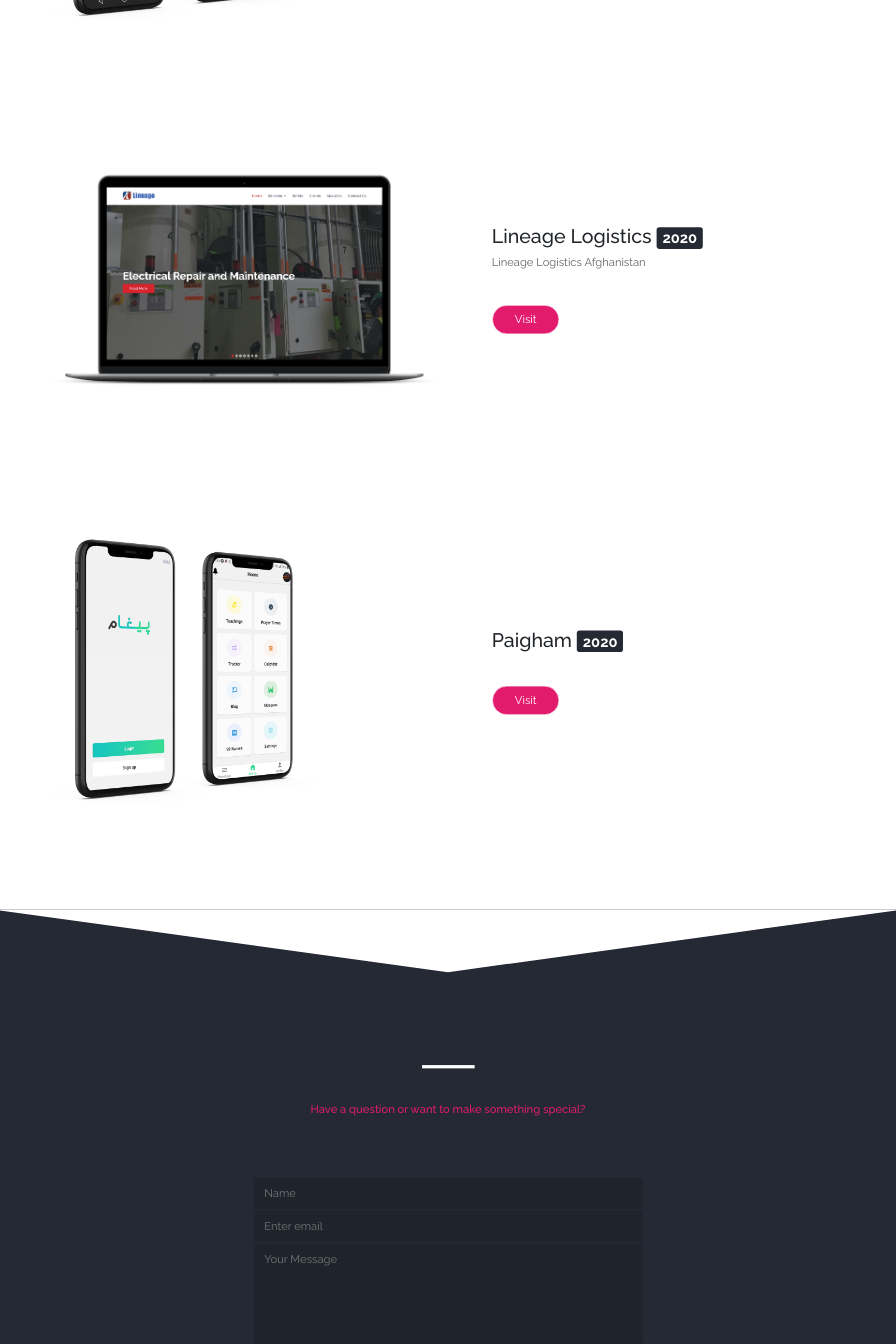
Repository: wasiqkhan/wasiqkhan.github.io
Page: index.html
An editor plug-in stored every save of this project. The page is shown before and after the next save, followed by the edit.
The browser window is 1280 px wide. The pictures show the part of the page from y = 2662 to 4582 px (the page is 5082 px tall), at 70% of full size.
Some web fonts or font styles are not loaded; a fallback is used.

Above is the page before, as saved 2020-12-03 01:47:32.
Not found: js/all.js
Not found: js/app.js
Not found: js/particles.js

### index.html
<!DOCTYPE html>
<html lang="en">
  <!-- Start of Async Drift Code -->
<script>
  "use strict";!function(){var r=window.driftt=window.drift=window.driftt||[];if(!r.init){if(r.invoked)return window.console&&console.error&&console.error("Drift snippet included twice.");r.invoked=!0,r.methods=["identify","config","track","reset","debug","show","ping","page","hide","off","on"],r.factory=function(e){return function(){var t=Array.prototype.slice.call(arguments);return t.unshift(e),r.push(t),r}},r.methods.forEach(function(t){r[t]=r.factory(t)}),r.load=function(t){var e=3e5*Math.ceil(new Date/3e5),r=document.createElement("script");r.type="text/javascript",r.async=!0,r.crossorigin="anonymous",r.src="https://js.driftt.com/include/"+e+"/"+t+".js";var n=document.getElementsByTagName("script")[0];n.parentNode.insertBefore(r,n)}}}(),drift.SNIPPET_VERSION="0.3.1",drift.load("8faar6gaz2cs");
  </script>
  <!-- End of Async Drift Code -->
  <head>
    <meta charset="UTF-8" />
    <meta name="viewport" content="width=device-width, initial-scale=1.0" />
    <meta http-equiv="X-UA-Compatible" content="ie=edge" />
    <meta content="Wasiq Ahmadzai Web and Mobile App Developer" name="descriptison" />
    <meta content="MERN Reactjs ReactNative Nodejs JavaScript" name="keywords" />
    <meta property="og:title" content="Mohammad Wasiq | Portfolio" />
    <meta
      property="og:description"
      content="Web and Mobile App Developer"
    />
    <meta
      property="og:image"
      content="./img/link.PNG"
    />
    <meta property="og:url" content="https://wasiqkhan.github.io/" />
    <meta name="twitter:card" content="summary_large_image">
    <meta name="twitter:site" content="https://wasiqkhan.github.io/">
    <meta name="twitter:title" content="Mohammad Wasiq | Web & Mobile App Developer" />
    <meta name="twitter:description" content="Mohammad Wasiq is a Web and Mobile App Developer with experience in MERN Stack React Native"/>
    <meta name="twitter:creator" content="Mohammad Wasiq">

    <meta
      name="twitter:image"
      content="https://github.com/wasiqkhan/wasiqkhan.github.io/blob/master/img/link.PNG"
    />

    <link href="https://fonts.googleapis.com/css?family=Raleway:400,500,600,700,800&display=swap" rel="stylesheet">
    <link href="https://fonts.googleapis.com/icon?family=Material+Icons" rel="stylesheet">
    <link
    href="./css/materialdesignicons.min.css"
    media="all"
    rel="stylesheet"
  />
    <link type="text/css" rel="stylesheet" href="./css/style.css" />
    <link type="text/css" rel="stylesheet" href="./css/bootstrap.min.css" />

    <link type="text/css" rel="stylesheet" href="./css/lightbox.css" />
    <link rel="stylesheet" href="./css/line-awesome.css">


    <link rel="shortcut icon" href="./icon.png">

    <link
      type="text/css"
      rel="stylesheet"
      media="screen and (max-width:768px)"
      href="./css/mobile.css"
    />
    <link
      type="text/css"
      rel="stylesheet"
      media="screen and (min-width:769px) and (max-width:992px)"
      href="./css/widescreen.css"
    />
    <link
      type="text/css"
      rel="stylesheet"
      media="screen and (min-width:993px) and (max-width:1199px)"
      href="./css/ipadpro.css"
    />

    <title>Mohammad Wasiq | Web & Mobile Developler</title>
  </head>

  <body id="home" >
      <!-- <div id="particles-js">

      </div> -->
    <!-- Navbar -->
    <nav class="navigation">
      <button
        type="button"
        data-toggle="collapse"
        data-target="#myNav"
        class="navbar-toggler hamburger-menu"
      >
        <div class="line1"></div>
        <div class="line2"></div>
        <div class="line3"></div>
      </button>
      <div class="bg-cover"></div>
      <div class="collapse nav-content" id="myNav">
        <div class="container-fluid">
          <div class="row">
            <div class="col-10 max-auto">
              <ul class="navbar-nav flex-lg-row flex-column nav-justified">
                <li class="nav-item">
                  <a class="nav-link m-3 link-item" href="#home">Home</a>
                </li>
                <li class="nav-item">
                  <a class="nav-link m-3 link-item" href="#about">About</a>
                </li>
                <li class="nav-item">
                  <a class="nav-link m-3 link-item" href="#service">Services</a>

                </li>
                <li class="nav-item">
                    <a class="nav-link m-3 link-item" href="#portfolio">Portfolio</a>
                  </li>

                <li class="nav-item">
                  <a class="nav-link m-3 link-item" href="#contact">Contact</a>
                </li>
              </ul>
            </div>
          </div>
        </div>
      </div>
    </nav>

    <header id="showcase">



      <div class="showcase-content">
          <h1 class="heading"><span style="color: #E31B6D">Wasiq Ahmadzai</span>.<br>Web & Mobile App Developer.</h1>

          <a href="#about" class="btnn">Read more</a>
        </div>
    </header>

    <section id="about" class="primary about">
        <h2 class="text-center m-heading">About Me</h2>
        <div class="line"></div>
      <div class="container new">
        <div class="card cardnew">

          <img src="./img/dev.PNG" class="card-img-top cut" style="margin: auto">
          <div class="card-body">
              <img src="./img/5a159554b6a61a2ba5ccdb57.PNG" class="my-img" />
              <div class="card-title">
                <h3 class="text-center">Wasiq Ahmadzai</h3>
              </div>
              <div class="card-subtitle text-center">
                <p style="color:#E31B6D"></span> Freelance <span style="color: #616161">|</span> Kabul, AFG</p>
              </div>
              <div class="links">
                  <a href="http://www.facebook.com/ahmadzai.khan.54" target="_blank"><i class="fab fa-facebook fa-2x"></i></a>
                  <a href="https://github.com/wasiqkhan" target="_blank"><i class="fab fa-github fa-2x"></i></a>

                  <a href="https://www.linkedin.com/in/mohammad-wasiq-ahmadzai-5439371b0/" target="_blank"><i class="fab fa-linkedin fa-2x"></i></a>
                </div>
          </div>
        </div>
        <div class="items">



          <div>

          <p class="info-p lead">Hi, I am a Web and Mobile App Developer with experience in MERN Stack (MongoDB, Expressjs, Reactjs, Nodejs), React Native, Firebase, MySQL. I have serious passion for amazing & responsive mobile and web apps.</p>

        </div>
        <h4 style="text-align:left">Fun Facts</h4>


         <div class="service-items flex-wrap" style="padding: 0 0">
            <div class="item fun-facts" style="margin-right: 10px ;background: #252934">
              <div>
                <i class="fas fa-coffee fa-2x mb-3" style="color:#E31B6D"></i>
                <h6 class="text-center" style="color: white">100+ Cups of Coffee</h6>

              </div>
            </div>

            <div class="item fun-facts" style="margin-right: 10px ;background: #252934">
              <div>
                  <i class="fas fa-book fa-2x mb-3" style="color:#E31B6D"></i>
                <h6 class="text-center" style="color: white">10+ Books</h6>

              </div>

            </div>

            <div class="item fun-facts" style="margin-right: 10px ;background: #252934">
              <div>
                  <i class="fas fa-bicycle fa-2x mb-3" style="color:#E31B6D"></i>
                <h6 class="text-center" style="color: white">1200km Cycled</h6>

              </div>

            </div>
            <div class="item fun-facts" style="margin-right: 10px;background: #252934">
                <div>
                    <i class="fas fa-award fa-2x mb-3" style="color:#E31B6D"></i>
                  <h6 class="text-center" style="color: white">10 Awards Won</h6>

                </div>

              </div>

          </div>



<div>
          <a href="#contact" class="hire-me">Hire Me</a>
        </div>

      </div>


          </div>

    </section>
    <section id="service" class="primary service">
      <div class="container">
        <h2 class="text-center m-heading">Services</h2>
        <div class="line"></div>

        <div class="service-items rotate fun-facts">
          <div class="item">
            <div>
              <i class="fas fa-desktop fa-6x textt mb-3"></i>
              <h3 class="text-center">Web Development</h3>
              <p class="text-center">
                Fully responsive full stack website development
              </p>
            </div>
          </div>

          <div class="item">
            <div>
                <i class="fas fa-mobile-alt fa-6x textt textt2 mb-3"></i>
              <h3 class="text-center">Mobile Apps</h3>
              <p class="text-center">
                Fast and Professional app development using latest technologies
              </p>
            </div>

          </div>

          <div class="item">
            <div>
                <i class="fas fa-rocket fa-6x  textt mb-3"></i>
              <h3 class="text-center">Launch</h3>
              <p class="text-center">
                Deployment and Maintainance

              </p>
            </div>

          </div>
        </div>
      </div>
    </section>
    <section id="portfolio" class="portfolio">
      <div class="container">
        <h2 class="text-center m-heading">Portfolio</h2>
        <div class="line"></div>

        <div class="portfolio-items row align-items-center h-100 text-center text-lg-left" style="margin-top: 120px;">
          <div class="col-lg-6 p-lg-0">
            <img src="./img/walletapp.png" height="350" >

          </div>
          <div class="col-lg-5 mx-auto py-3">
            <h3 class="h3">My Wallet
              <span class="badge badge-sm">2017</span>
            </h3>
            <p class="mb-3" style="color: #616161;">An android app that keeps track of your money, daily transactions, and expenses
            </p>
            <a href="https://bit.ly/3iEEP3P" class="visit" target="_blank">Visit</a>

          </div>

        </div>

        <div class="portfolio-items row align-items-center h-100 text-center text-lg-left " style="margin-top: 220px;">
          <div class="col-lg-6 p-lg-0">
            <img src="./img/lineageweb.png" height="300"  >

          </div>
          <div class="col-lg-5 mx-auto py-3">
            <h3 class="h3 bold">Lineage Logistics
              <span class="badge badge-sm">2020</span>
            </h3>
            <p class="mb-3" style="color: #616161;">
              Lineage Logistics Afghanistan
            </p>
            <a href="https://lineage.com.af/" class="visit" target="_blank">Visit</a>

          </div>

        </div>

        <div class="portfolio-items row align-items-center h-100 text-center text-lg-left" style="margin-top: 220px;">
          <div class="col-lg-6 p-lg-0">
            <img src="./img/paigham.png" height="380"  >

          </div>
          <div class="col-lg-5 mx-auto py-3">
            <h3 class="h3">Paigham
              <span class="badge badge-sm">2020</span>
            </h3>
            <p class="mb-3" style="color: #616161;">
            </p>
            <a href="https://wasiqkhan.github.io/paigham.github.io/" class="visit" target="_blank">Visit</a>

          </div>

        </div>
      </div>
    </section>


    <section id="contact" class="contact">
      <svg preserveAspectRatio="none" viewBox="0 0 100 102" height="90" width="100%" version="1.1"
      xmlns="http://www.w3.org/2000/svg" class="svgcolor-light">

     <path d="M0 0 L50 100 L100 0 Z" fill="white" stroke="white"/>

    </svg>
      <div class="container-fluid">
        <h2 class="text-center m-heading" style="color: #fff">Contact</h2>
        <div class="line"></div>
        <div class="container">
          <h6 class="text-center py-5" style="color: #E31B6D">Have a question or want to make something special?</h6>


                <form
                class="waypoint"
                data-animation="pop-in"
                data-delay=".5s"
                id="contact-form"
              >
                <input placeholder="Name" type="text" name="name" required />
                <input
                  placeholder="Enter email"
                  type="email"
                  name="email"
                  required
                />
                <textarea
                  placeholder="Your Message"
                  type="text"
                  name="message"
                  required
                ></textarea>
                <div id="success">
                  <div>
                    Your message was sent successfully. Thanks!<span
                      id="close"
                      class="mdi mdi-close"
                    ></span>
                  </div>
                </div>
                <input class="button" type="submit" id="submit" value="SUBMIT" />
              </form>



        </div>
    </section>
    <footer id="footer">
      <div class="container">
        <div class="row">
          <div class="col text-center">
            <div class="mb-2">
              <a href="http://www.facebook.com/ahmadzai.khan.54" target="_blank" class="mx-sm-4 mx-2 social"
                ><i class="fab fa-facebook fa-2x"></i
              ></a>
              <a href="https://github.com/wasiqkhan" target="_blank" class="mx-sm-4 mx-2 social"
                ><i class="fab fa-github fa-2x"></i
              ></a>
              <a href="https://www.linkedin.com/in/mohammad-wasiq-ahmadzai-5439371b0/" target="_blank" class="mx-sm-4 mx-2 social"
                ><i class="fab fa-linkedin fa-2x"></i
              ></a>
             -->
            </div>

          </div>
        </div>
        <div class="container-fluid p-3">
            <div class="row">
              <div class="col mb-4">
                <ul class="nav justify-content-center footer-items">
                  <li class="nav-item">
                    <a href="#home" class="nav-link">Home</a>
                  </li>
                  <li class="nav-item">
                    <a href="#about" class="nav-link">About</a>
                  </li>
                  <li class="nav-item">
                    <a href="#service" class="nav-link">Services</a>
                  </li>
                  <li class="nav-item">
                      <a href="#portfolio" class="nav-link">Portfolio</a>
                    </li>

                  <li class="nav-item">
                    <a href="#contact" class="nav-link">Contact</a>
                  </li>

                </ul>
              </div>
            </div>
            <div class="row">
              <div class="col text-light text-center">
                <p>Wasiq Ahmadzai <span style="color: #E31B6D">&copy;2019</span></p>
              </div>
            </div>

      </div>
    </footer>
    <script src="./js/particles.js"></script>
    <script src="./js/app.js"></script>
    <script src="./js/jquery-3.4.1.min.js"></script>
    <script src="./js/popper.js"></script>
    <script src="./js/bootstrap.min.js"></script>
    <script src="./js/script.js"></script>
    <script src="./js/lightbox.js"></script>
    <script src="./js/all.js"></script>
  </body>
</html>

### css/mobile.css
@media (max-width: 500px) {
  #navbar {
    flex-direction: column;
    align-items: center;
  }
  .my-img {
    width: 40%;
    margin-left: 90px;
    margin-top: -100px;
  }
  .showcase-content h1 {
    font-size: 15pt;
  }
  #contact h6 {
    font-size: 9pt;
  }

  .info-p {
    margin-top: -150px;
  }

  .hire-me {
    margin-top: 40px;
  }
  .textt {
    margin-left: 70px;
  }
  .textt2 {
    margin-left: 95px;
  }
  .name {
    text-align: left;
    margin-top: 15px;
    margin-left: -30px;
  }
}

@media (min-width: 501px) and (max-width: 768px) {
  .my-img {
    margin-left: 240px;
  }
}

.info-p {
  margin-top: -100px;
}
.hire-me {
  margin-top: 30px;
}
.items {
  margin: 5rem 2rem;
  display: flex;
  flex-direction: column;
  align-items: center;
  justify-content: center;

  text-align: center;
  /* position: relative; */
  flex-wrap: wrap;
}

.items div {
  flex: 1;
}
.portfolio-items h3 {
  margin-top: 50px;
}

.portfolio-items img {
  width: 100%;
  height: auto;
  text-align: center;
  margin: auto;
}
#portfolio .portfolio-items .item {
  display: flex;
  text-align: left;
}
.service-items {
  display: block;
  padding: 1rem;
}
#service .service-items .item {
  display: flex;
  text-align: left;
}
.new {
  display: flex;
  flex-direction: column;
}

#navbar .l-heading {
  margin-bottom: 0.5rem;
  text-align: center;
}

#about .line,
#service .line,
#contact .line {
  width: 20%;
  background: #444649;
  height: 5px;
  margin: auto;
}

#contact .line {
  background: #fff;
}
#projects .line {
  width: 20%;
  background: #444649;
  height: 5px;
  margin-bottom: 50px;
  margin-top: -35px;
}
.contact-content {
  display: flex;
  flex-direction: column;
  justify-content: center;
  align-items: center;
  text-align: center;
  padding: 1rem;
}

.items p {
  text-align: justify;
}
section:nth-of-type(4) input[type="text"],
section:nth-of-type(4) input[type="email"],
section:nth-of-type(4) textarea {
  width: 100%;
}
section:nth-of-type(4) #success {
  width: 100%;
  margin: auto;
}

### css/widescreen.css
/* @media (min-width: 769px) and (max-width: 991px) { */
.new {
  display: flex;
  flex-direction: column;
}

.info-p {
  margin-top: -100px;
}
.hire-me {
  margin-top: 30px;
}
.items {
  margin: 5rem 2rem;
  display: flex;
  flex-direction: column;
  align-items: center;
  justify-content: center;

  text-align: center;
  /* position: relative; */
  flex-wrap: wrap;
}

.items div {
  flex: 1;
}
.my-img {
  margin-left: 240px;
}
/* } */

### css/ipadpro.css
.my-img {
  margin-left: 130px;
}

Loaded but not shown: css/materialdesignicons.min.css (library); css/bootstrap.min.css (library); css/lightbox.css (library); js/jquery-3.4.1.min.js (library); js/popper.js (library); js/bootstrap.min.js (library); js/lightbox.js (library); js/script.js (138 lines, source omitted); css/line-awesome.css (6582 lines, source omitted); css/style.css (537 lines, source omitted)

After the next save:
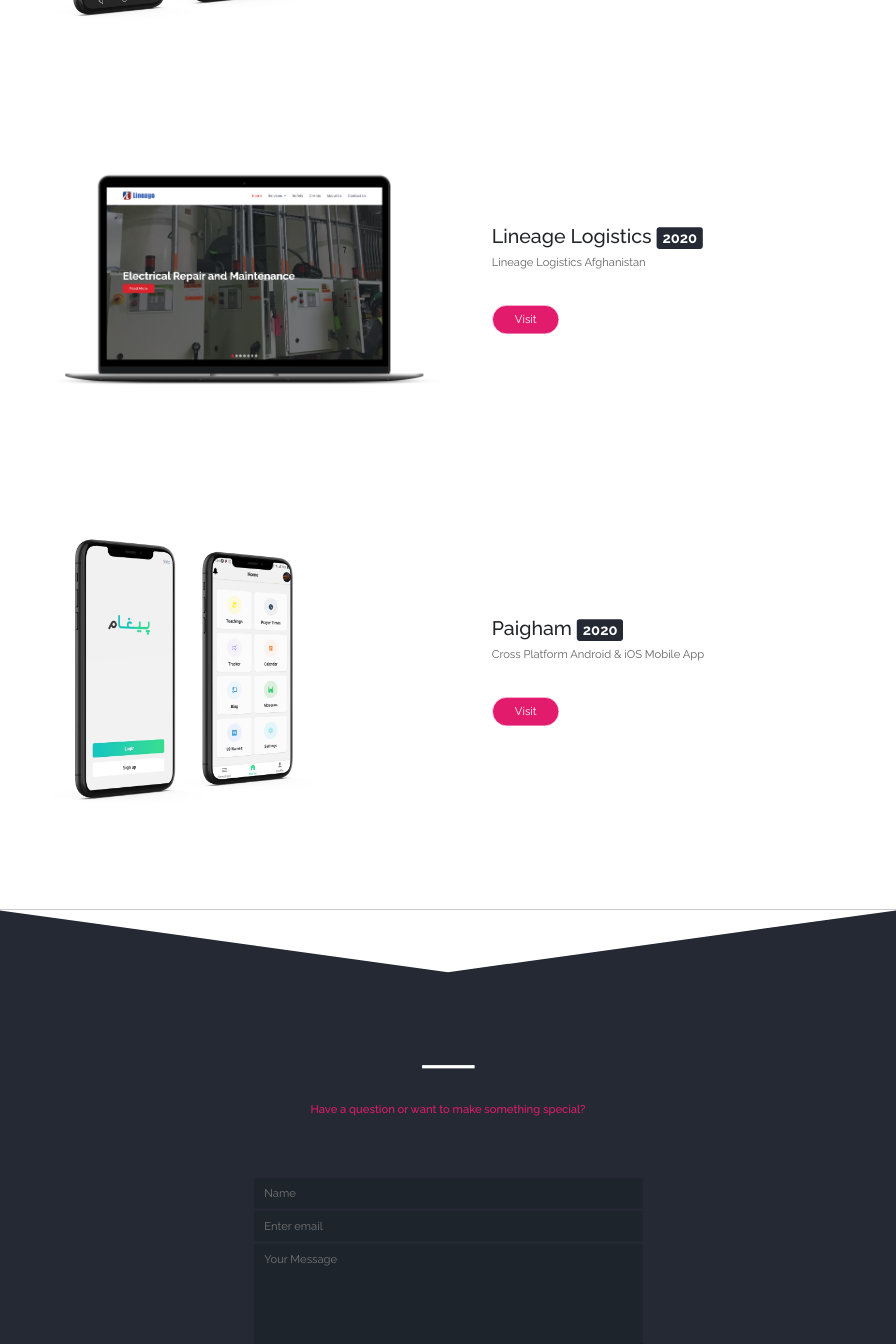
Saved 75 s later.
--- a/index.html
+++ b/index.html
@@ -302,6 +302,7 @@
               <span class="badge badge-sm">2020</span>
             </h3>
             <p class="mb-3" style="color: #616161;">
+              Cross Platform Android & iOS Mobile App
             </p>
             <a href="https://wasiqkhan.github.io/paigham.github.io/" class="visit" target="_blank">Visit</a>
 
